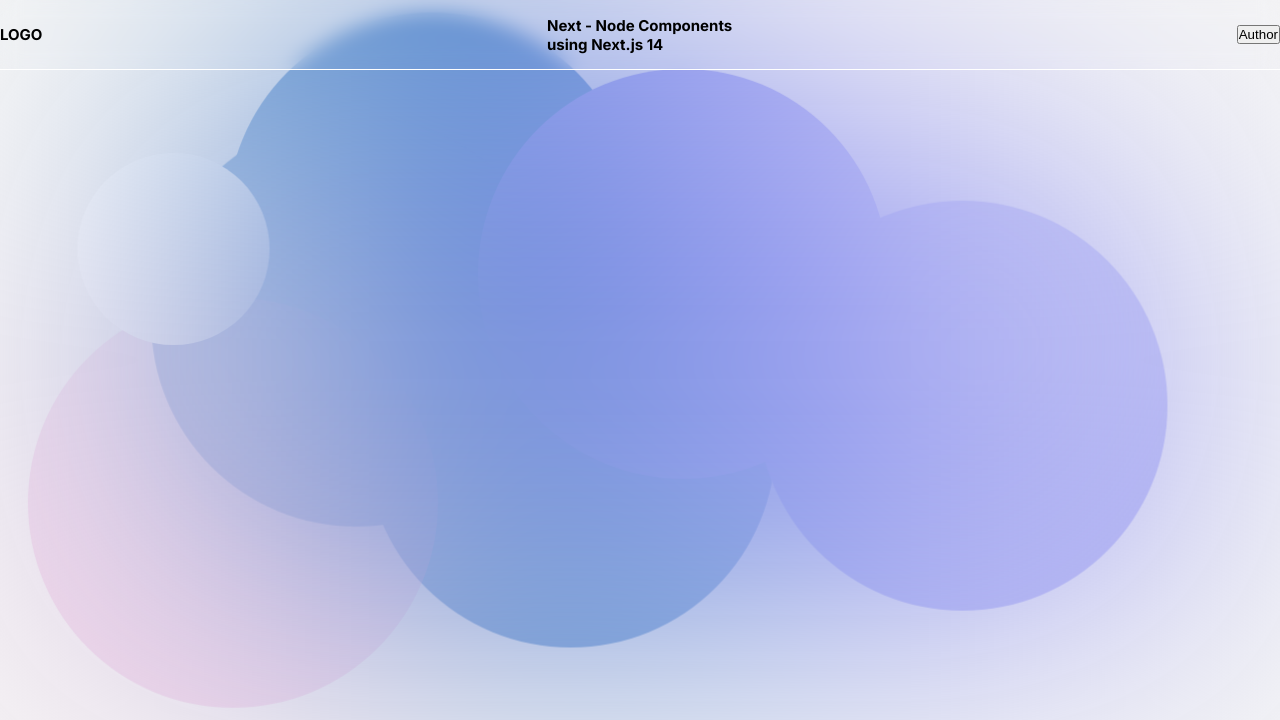
Repository: keval-gohil/komponents
Page: /
These files come from the project's save history. The page is drawn as it stood at one moment and after the next save; the edit follows.
The browser window is 1280 px wide. The pictures show the whole page.
The project was rebuilt for these pictures with package versions that can differ from the ones it lists, and the page was loaded fresh each time. The framework's server and built-in components were replaced by stand-ins that run in the browser. Also part of the build but not shown: next.config.mjs.

Above is the page before, as saved 2024-03-07 11:32:14.

### app/layout.js
import { Inter } from "next/font/google";
import "./globals.css";

const inter = Inter({ subsets: ["latin"] });

export const metadata = {
  title: "Komponents | Next-Node",
  description: "Generated by create next app",
};

export default function RootLayout({ children }) {
  return (
    <html lang="en" suppressHydrationWarning={true}>
      <body className={inter.className}>{children}</body>
    </html>
  );
}

### app/page.js
import Background from '@/components/reuse/background'
import Header from '@/components/reuse/header'
import React from 'react'

const page = () => {
  return (
    <>
      <Background />
      <Header />
    </>
  )
}

export default page

### app/globals.css

*,
*:before,
*:after {
	padding: 0;
	margin: 0;
	box-sizing: border-box;
	-webkit-tap-highlight-color: transparent;
}

html {
	scroll-behavior: smooth;
	font-size: 10px;
}

body {
	width: 100%;
	height: 100%;
	overflow-x: hidden;
	background-color: whitesmoke;
}

.bouncing-blob {
	width: 32vw;
	aspect-ratio: 1;
	border-radius: 50%;
	will-change: transform;
	position: absolute;
	z-index: 1;
	top: 0;
	left: 0;
	transform-origin: left top;
  }

  .bouncing-blob--blue {
	background: #4783c7;
  }

  .bouncing-blob--white {
	background: #ffffff;
	z-index: 2;
	width: 15vw;
  }

  .bouncing-blob--purple {
	background: #8c8ff1;
  }

  .bouncing-blob--pink {
	background: #e289cd50;
  }

  .bouncing-blobs-container {
	position: fixed;
	z-index: -1;
	top: 0;
	left: 0;
	width: 100%;
	height: 100%;
  }

  .bouncing-blobs-glass {
	position: absolute;
	z-index: 2;
	top: 0;
	left: 0;
	width: 100%;
	height: 100%;
	backdrop-filter: blur(140px);
	-webkit-backdrop-filter: blur(140px);
	pointer-events: none;
  }

  .bouncing-blobs {
	position: absolute;
	z-index: 1;
	top: 0;
	left: 0;
	width: 100%;
	height: 100%;
  }

  .main-content {
	display: flex;
	flex-direction: column;
	justify-content: center;
	align-items: center;
	width: 100%;
  }




  @media (max-width: 1200px) {
	.bouncing-blobs-glass {
	  backdrop-filter: blur(120px);
	  -webkit-backdrop-filter: blur(120px);
	}
  }

  @media (max-width: 500px) {
	.bouncing-blob {
	  width: 60vw;
	}
	.bouncing-blob--white {
	  width: 30vw;
	}
	.bouncing-blobs-glass {
	  backdrop-filter: blur(90px);
	  -webkit-backdrop-filter: blur(90px);
	}

  }

### components/reuse/background.js
'use client'
import React, { useEffect } from 'react';

const MIN_SPEED = 1.5;
const MAX_SPEED = 2.5;

function randomNumber(min, max) {
  return Math.random() * (max - min) + min;
}

class Blob {
  constructor(el) {
    this.el = el;
    const boundingRect = this.el.getBoundingClientRect();
    this.size = boundingRect.width;
    this.initialX = randomNumber(0, window.innerWidth - this.size);
    this.initialY = randomNumber(0, window.innerHeight - this.size);
    this.el.style.top = `${this.initialY}px`;
    this.el.style.left = `${this.initialX}px`;
    this.vx =
      randomNumber(MIN_SPEED, MAX_SPEED) * (Math.random() > 0.5 ? 1 : -1);
    this.vy =
      randomNumber(MIN_SPEED, MAX_SPEED) * (Math.random() > 0.5 ? 1 : -1);
    this.x = this.initialX;
    this.y = this.initialY;
  }

  update() {
    this.x += this.vx;
    this.y += this.vy;
    if (this.x >= window.innerWidth - this.size) {
      this.x = window.innerWidth - this.size;
      this.vx *= -1;
    }
    if (this.y >= window.innerHeight - this.size) {
      this.y = window.innerHeight - this.size;
      this.vy *= -1;
    }
    if (this.x <= 0) {
      this.x = 0;
      this.vx *= -1;
    }
    if (this.y <= 0) {
      this.y = 0;
      this.vy *= -1;
    }
  }

  move() {
    this.el.style.transform = `translate(${this.x - this.initialX}px, ${
      this.y - this.initialY
    }px)`;
  }
}

function Background() {
  useEffect(() => {
    const blobEls = document.querySelectorAll('.bouncing-blob');
    const blobs = Array.from(blobEls).map((blobEl) => new Blob(blobEl));

    function update() {
      requestAnimationFrame(update);
      blobs.forEach((blob) => {
        blob.update();
        blob.move();
      });
    }

    requestAnimationFrame(update);

    return () => cancelAnimationFrame(update);
  }, []);

  return (
    <div className="bouncing-blobs-container">
      <div className="bouncing-blobs-glass"></div>
      <div className="bouncing-blobs">
        <div className="bouncing-blob bouncing-blob--blue"></div>
        <div className="bouncing-blob bouncing-blob--blue"></div>
        <div className="bouncing-blob bouncing-blob--blue"></div>
        <div className="bouncing-blob bouncing-blob--white"></div>
        <div className="bouncing-blob bouncing-blob--purple"></div>
        <div className="bouncing-blob bouncing-blob--purple"></div>
        <div className="bouncing-blob bouncing-blob--pink"></div>
      </div>
    </div>
  );
}

export default Background;

### components/reuse/header.js
import React from 'react'
import Style from '@/components/reuse/styles/style.css'

const Header = () => {
  return (
    <>
        <nav>
            <h1>LOGO</h1>
            <h2>
                Next - Node Components
                <br />
                <span>using Next.js 14</span>
            </h2>
            <button>Author</button>
        </nav>
    </>
  )
}

export default Header

### components/reuse/styles/style.css
nav {
    display: flex;
    justify-content: space-between;
    align-items: center;
    height: 7rem;
    background: transparent;
    backdrop-filter: blur(10px);
    border-bottom: 0.1rem solid #ffffff;
}

After the next save:
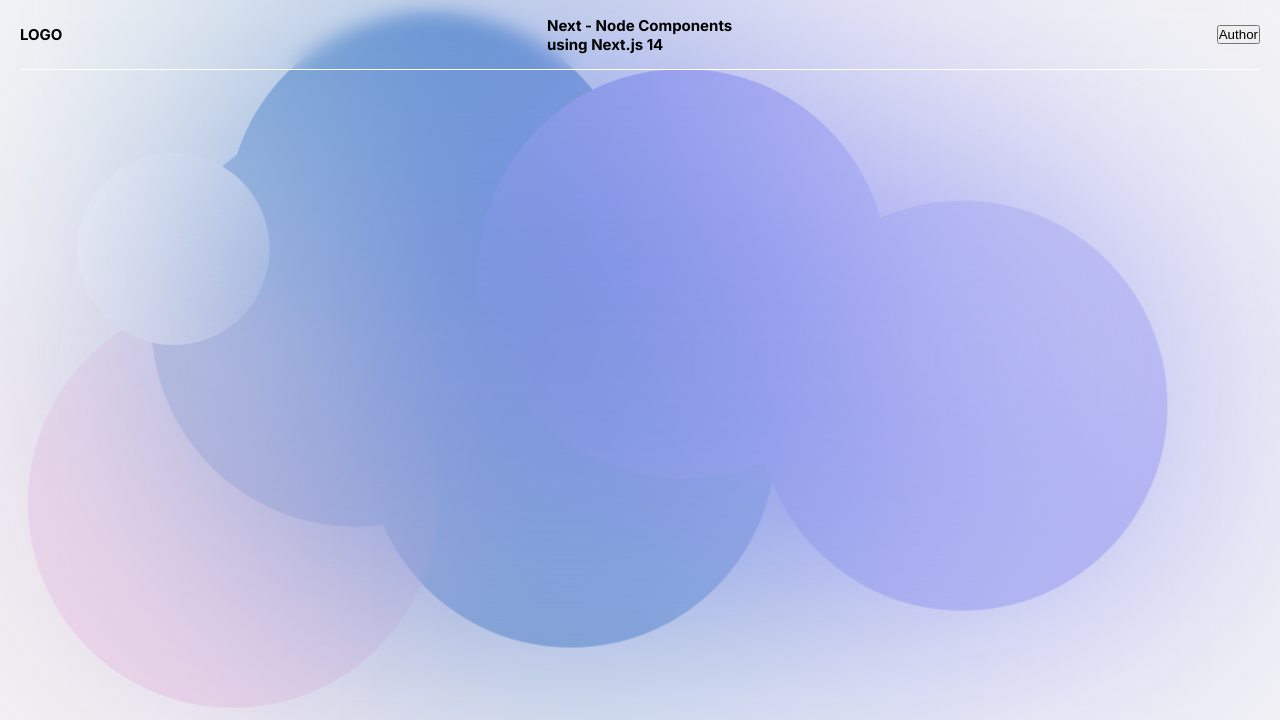
Saved 29 s later.
--- a/components/reuse/styles/style.css
+++ b/components/reuse/styles/style.css
@@ -6,4 +6,5 @@
     background: transparent;
     backdrop-filter: blur(10px);
     border-bottom: 0.1rem solid #ffffff;
+    margin: 0 2rem;
 }
